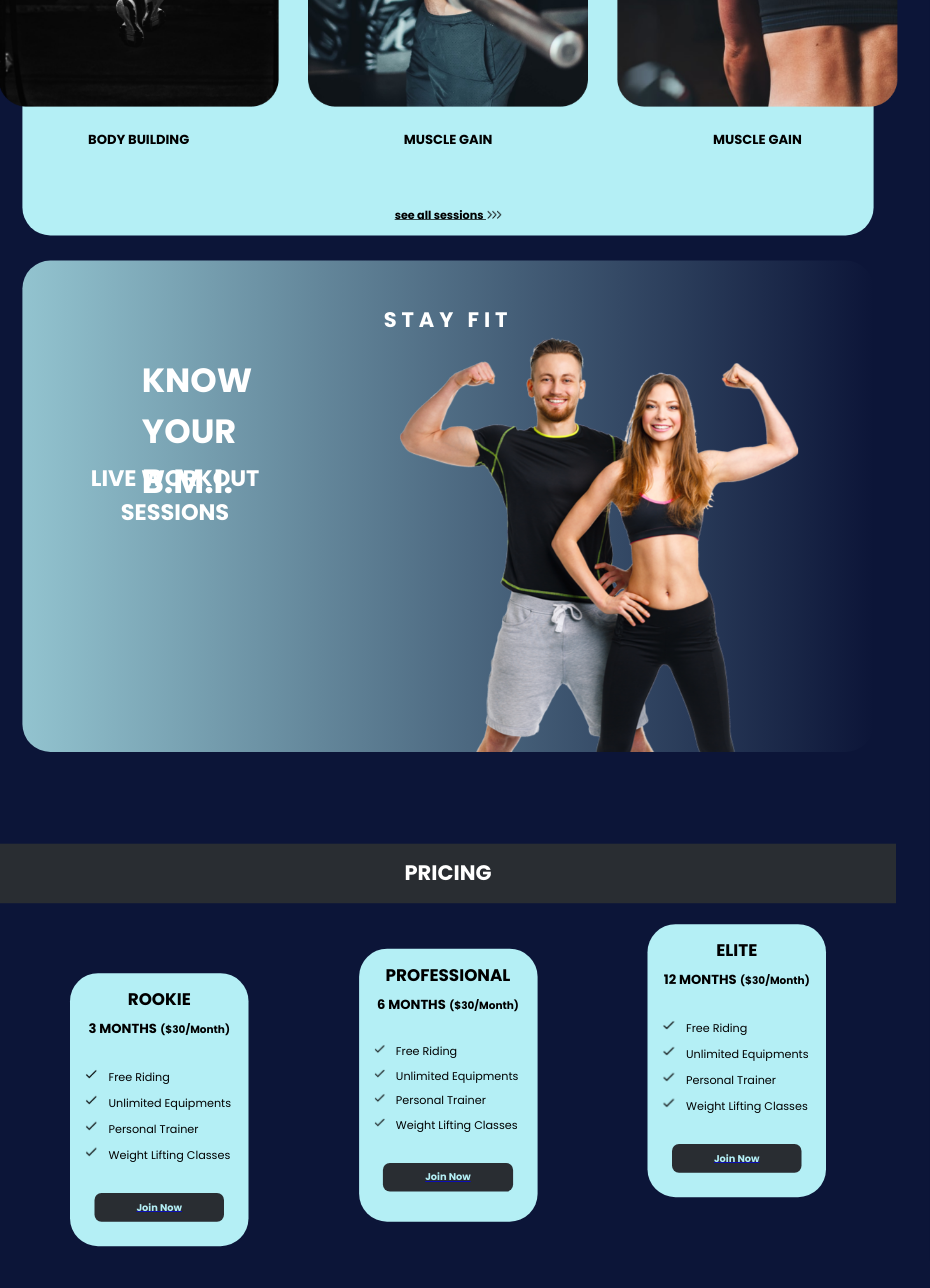
Repository: Rellzcodez/Group1-Team8
Page: index.html
These files come from the project's save history. The page is drawn as it stood at one moment and after the next save; the edit follows.
The browser window is 1280 px wide. The page is 1328 px wide, so the pictures cover 1328 px, including what lies to the right of the window. The pictures show the part of the page from y = 1466 to 3306 px (the page is 3306 px tall), at 70% of full size.

Above is the page before, as saved 2022-09-02 10:49:15.

### index.html
<!DOCTYPE html>
<html lang="en">
    <head>
        <meta charset="UTF-8" />
        <meta name="viewport" content="width=device-width, initial-scale=1.0" />
        <meta
            name="description"
            content="A description of the page and its contents"
        />
        <title>Fit-A-Goal | Landing Page</title>
        <link rel="icon" type="image/png" sizes="32x32" href="images/favicon-32x32.png">
        <link rel="stylesheet" href="css/style.css" />
    </head>

    <body>
        <header class="primary-header">
            <nav class="navbar">
                <img src="images/fit-a-goal-logo.svg" alt="Fit-A-Goal" id="logo">
                <div class="navigation">
                    <div class="primary-nav">
                        <ul class="nav-links">
                            <li class="home-nav-link"><a href="#">HOME</a></li>
                            <li class="other-nav-link"><a href="#">CHOOSE US</a></li>
                            <li class="other-nav-link"><a href="#">PROGRAM</a></li>
                            <li class="other-nav-link"><a href="#">PRICING</a></li>
                            <li class="other-nav-link"><a href="#">SUPPORT</a></li>
                        </ul>
                    </div>
                    <div class="register-login">
                        <ul class="nav-secondary-links">
                            <li><a href="pages/signup.html">SIGN UP</a></li>
                            <li><a href="pages/signin.html">SIGN IN</a></li>
                        </ul>
                    </div>
                </div>
            </nav>
        </header>
        <main class="landing-page-body">

        <!-- THE ILLUSTRATION SEGMENT -->
            <div class="container-illustration">
                <div class="heading-btn">
                    <div>
                    <h1 class="primary-heading">Once you learn to <span>quit</span>,
                    it becomes an <span>habit</span></h1>
                    <a href="#"><button class="get-started">GET STARTED</button></a>
                    </div>
                </div>
            </div>
            <div class="carousel-circle">
                <a href="#">
                    <div class="tracker active-track"></div></a>
                <a href="#">
                    <div class="tracker"></div>
                </a><a href="#">
                    <div class="tracker"></div>
                </a><a href="#">
                    <div class="tracker"></div>
                </a><a href="#">
                    <div class="tracker"></div>
                </a><a href="#">
                    <div class="tracker"></div>
                </a><a href="#">
                    <div class="tracker"></div>
                </a><a href="#">
                    <div class="tracker"></div>
                </a>
            </div>

        <!-- THE SESSION SEGMENT -->
        <div>
            <section class="session-container">
                <label class="session-lable" for="section"><h3>OUR SESSIONS</h3></label>
                <div class="session-wrapper">
                    <div class="body-building-wrapper">
                    <div class="body-building session-item" >
                        <img src="images/body-building-sess.png" alt="body building">
                    </div>
                    <label class="body-building-lable" for="body building"><h3>BODY BUILDING</h3></label>

                    </div>

                    <div class="muscle-gain-wrapper">
                    <div class="muscle-gain session-item">
                        <img src="images/muscle-gain-sess.png" alt="muscle-gain">
                    </div>
                    <label class="muscle-gain-label" for="muscle gain"><h3>MUSCLE GAIN</h3></label>
                    </div>

                    <div class="weight-loss-wrapper">
                    <div class="weight-loss session-item">
                        <img src="images/weight-loss-sess.png" alt="weight loss">
                    </div>
                    <label class="weight-loss-label" for="weight loss"><h3>MUSCLE GAIN</h3></label>
                    </div>

                </div>
             <label class="see-all-session-lable" for="section"><a href="#"><u>see all sessions <span class="arrow-vector"><img src="images/arrow-vector.png" alt="arrow" width="20px"></span></u></a></label>


            </section>
        </div>

        </main>

        <!-- THE STAY FIT SESSION STARTS HERE -->
<section class="stay-fit-container">
    <h3 class="stay-fit">STAY FIT</h3>
    <div class="stay-fit-wrapper">
        <div class="BMI">
            <h2 class="know-your-bmi">KNOW YOUR B.M.I.</h2>
        </div>
        <div class="stay-fit-illustrator"><img src="images/Stay-fit.png" alt=""></div>
    </div>
</section>
        <!-- THE STAY FIT SESSION ENDS HERE -->


        <!-- THE LIVE WORKOUT SESSION STARTS HERE -->

    <div class="live">
    <h1> LIVE WORKOUT SESSIONS </h1>
</div>

<!-- <div class="live-workout">
    <img src="images/live-session-workout.png" alt="live workout" >
</div> -->

        <!-- THE LIVE WORKOUT SESSION ENDS HERE -->


        <!-- THE PRICING SECTION STARTS HERE -->

        <div class="pricing">
            <div class="pricing-heading"><h1>PRICING</h1></div>
            <div class="pricing-cards">
                <div class="cards">
                    <h2 class="plan-name">ROOKIE</h2>
                    <h3 class="plan-duration">3 MONTHS<span>($30/Month)</span></h3>
                    <ul class="plan-benefits">
                        <li class="li-benefits"><img src="images/checked.svg" alt="" height="20px">Free Riding</li>
                        <li class="li-benefits"><img src="images/checked.svg" alt="" height="20px">Unlimited Equipments</li>
                        <li class="li-benefits"><img src="images/checked.svg" alt="" height="20px">Personal Trainer</li>
                        <li class="li-benefits"><img src="images/checked.svg" alt="" height="20px">Weight Lifting Classes</li>
                    </ul>
                    <a href="#"><button class="pricing-btn">Join Now</button></a>
                </div>
                <div class="cards professionals">
                    <h2 class="plan-name">PROFESSIONAL</h2>
                    <h3 class="plan-duration">6 MONTHS<span>($30/Month)</span></h3>
                    <ul class="plan-benefits">
                        <li class="li-benefits"><img src="images/checked.svg" alt="" height="18px">Free Riding</li>
                        <li class="li-benefits"><img src="images/checked.svg" alt="" height="18px">Unlimited Equipments</li>
                        <li class="li-benefits"><img src="images/checked.svg" alt="" height="18px">Personal Trainer</li>
                        <li class="li-benefits"><img src="images/checked.svg" alt="" height="18px">Weight Lifting Classes</li>
                    </ul>
                    <a href="#"><button class="pricing-btn">Join Now</button></a>
                </div>
                <div class="cards elite">
                    <h2 class="plan-name">ELITE</h2>
                    <h3 class="plan-duration">12 MONTHS<span>($30/Month)</span></h3>
                    <ul class="plan-benefits">
                        <li class="li-benefits"><img src="images/checked.svg" alt="" height="20px">Free Riding</li>
                        <li class="li-benefits"><img src="images/checked.svg" alt="" height="20px">Unlimited Equipments</li>
                        <li class="li-benefits"><img src="images/checked.svg" alt="" height="20px">Personal Trainer</li>
                        <li class="li-benefits"><img src="images/checked.svg" alt="" height="20px">Weight Lifting Classes</li>
                    </ul>
                    <a href="#"><button class="pricing-btn">Join Now</button></a>
                </div>
            </div>
        </div>

        <!-- THE PRICING SECTION ENDS HERE -->


        <footer class="footer">

        </footer>





        <script src="js/script.js"></script>
    </body>
</html>

### css/style.css
@import url("https://fonts.googleapis.com/css2?family=Poppins:wght@400;600;700;800&display=swap");

:root {
  --white: rgb(255 255 255);
  --denim-blue: rgb(12, 21, 56);
  --baby-blue: rgb(180, 239, 245);
  --black: rgb(0, 0, 0);
  --light-grey: rgb(206, 208, 215);
  --dark-grey: rgba(41, 45, 50, 1);

}

*,
::before,
::after {
  padding: 0;
  margin: 0;
  box-sizing: border-box;
}

button {
  font-family: "Poppins", sans-serif;
}

html {
  font-family: "Poppins", sans-serif;
  background: var(--denim-blue);
}

.primary-header {
  padding: 0 32px 0 36px;
}
#logo {
  height: 159px;
}
.navbar {
  display: flex;
}
.navbar ul {
  list-style: none;
}
.navbar a {
  text-decoration: none;
  color: var(--black);
  font-weight: 700;
}
.navigation {
  display: flex;
  margin: 60px 0 40px 25px;
}
.primary-nav {
  width: 808px;
  height: 55px;
  background: var(--white);
  border-radius: 5px;
  margin-right: 45px;
}
.nav-links {
  display: flex;
  padding: 0;
}
.other-nav-link {
  margin: 15px 60px 10px 0;
}
.home-nav-link {
  background: var(--baby-blue);
  width: 130px;
  height: 45px;
  margin: 5px;
  margin-right: 24px;
  border-radius: 5px;
  border: 1px solid var(--light-grey);
  text-align: center;
  padding: 10px 0;
}
.register-login {
  width: 255px;
  height: 55px;
  background: var(--white);
  border-radius: 5px;
  padding: 0 31px;
}
.nav-secondary-links {
  padding: 15px 0;
  display: flex;
  justify-content: space-between;
}

/* Illustration Hero */
.container-illustration {
  display: flex;
  background-image: linear-gradient(
    to right,
    rgb(180, 239, 245, 0.8),
    rgb(12, 21, 56)
  );
  height: 650px;
  border-radius: 40px;
  margin: 0 32px 25px;
}
.heading-btn {
  background: url(../images/illustration-hero.png) right bottom / 613px 613px
    no-repeat;
  width: 100%;
  padding-left: 140px;
}
.primary-heading {
  font-size: 75px;
  width: 48%;
  color: var(--white);
  line-height: 100px;
  margin: 96px 0 49px;
}
.primary-heading span {
  text-decoration: underline;
  color: var(--baby-blue);
}
.heading-btn a button {
  background: var(--baby-blue);
  border-radius: 10px;
  padding: 10px 132px;
  border: none;
  cursor: pointer;
}
.get-started {
  font-size: 16px;
  font-weight: 800;
}
.carousel-circle {
  display: flex;
  align-items: center;
  justify-content: center;
  margin-bottom: 30px;
}
.tracker {
  width: 10px;
  height: 10px;
  border-radius: 50%;
  background-color: var(--light-grey);
  cursor: pointer;
  margin: 0 5px;
}
.active-track {
  width: 20px;
  height: 20px;
  background: var(--baby-blue);
}
/* Sesseion */
.session-container{
  display: flex;
  flex-direction: column;
  align-items: center;
  height: 57em;
  background-color: var(--baby-blue);
  margin: 36px 32px;
  border-radius: 40px;
  font-family: Poppins;
}
.session-lable {
  position: relative;
  padding-top: 50px;
  font-weight: 700px;
}
.session-wrapper {
  display: flex;
  gap: 42px;
  margin: 49px 46px;
}
.session-item {
  width: 25em;
  height: 37.5em;
  border-radius: 40px;

}
/* body-building and weight loss*/
.body-building-wrapper,.weight-loss-wrapper {
  display: flex;
  flex-direction: column;
  align-items: center;

}
.body-building-lable,.weight-loss-label {
  margin-top: 32px;
  font-weight: 700;
}
/* See all session */
.see-all-session-lable a:active{
  font-weight: 700;
  color: var(--black);
}
.see-all-session-lable a{
  text-decoration: none;
  color: var(--black);
}

.see-all-session-lable{
  font-weight: 700;
}

.arrow-vector{
  margin-left: 2px;
}
/* muscle-gain */
.muscle-gain-wrapper{
  display: flex;
  flex-direction: column;
  align-items: center;

}

.muscle-gain-label{
  margin: 32px;
}

/* Styling of Session Ends Here */
.live-workout{margin: 10px 50px 10px 10px;
  position: relative; left: 50px;
display: flex;
  flex-direction: column;
width: 90%;}
.live{color: var(--white);
  position: relative; bottom: 450px;
  width: 400px;
  padding-left: 100px;
  font-weight: 600;
  text-align: center;
}


/* Stay Fit */
.stay-fit-container{
  display: flex;
  flex-direction: column;
  align-items: center;
  background-image: linear-gradient(
    to right,
    rgb(180, 239, 245, 0.8),
    rgb(12, 21, 56)
  );
  height: 702px;
  border-radius: 40px;
  margin: 33px 32px 34.75px 32px;
  overflow: hidden;
}
.stay-fit{
  font-family: "Poppins", sans-serif;
  color: var(--white);
  padding-top: 63px;
  font-size: 30px;
  font-weight: 700;
  letter-spacing: 7px;
}

.stay-fit-wrapper{
  display: flex;
  justify-content: space-between;
  gap: 130px;
  width: 95%;
}

.BMI{
  padding-top: 28px;
  padding-left: 140px;
  color: var(--white);
  font-family: "Poppins", sans-serif;
  font-size: 32px;
  font-weight: 700;
}
.stay-fit-illustrator img{
  height: 600px;
  border-radius: 40px;
  padding-right: 76.63px;
}

/* live session */
.live-workout {
  position: absolute;
width: 1376px;
height: 702px;
left: 32px;
top: 2669.57px;
/* background: url(../images/live-session-workout.png); */
border-radius: 40px;
}




/* Pricing Session */

.pricing-heading{
    background: var(--dark-grey);
    display: flex;
    text-align: center;
    align-items: center;
}
.pricing-heading h1{
    margin: 0 auto;
    padding: 20px 0;
    font-weight: 700;
    font-size: 30px;
    color: var(--white);
}
.pricing-cards{
    display: flex;
    justify-content: space-between;
    margin: 100px 100px 60px;
}
.cards{
    padding: 20px 20px 30px;
    width: 255px;
    height: 390px;
    border-radius: 40px;
    background: var(--baby-blue);
}
.professionals{
    margin-top: -35px;
}
.elite{
    margin-top: -70px;
}
.plan-name{
    text-align: center;
}
.plan-duration{
    margin: 10px auto 40px;
    text-align: center;
}
.plan-duration span{
    font-size: 15px;
    margin-left: 5px;
}
.plan-benefits{
    list-style: none;
    margin-bottom: 22px;
}
.li-benefits{
    margin: 10px auto;
    font-size: 16px;
}
.li-benefits img{
    margin-right: 15px;
}
.cards a{
    display: flex;
    justify-content: center;
}
.pricing-btn{
    font-weight: 700;
    font-size: 14px;
    color: var(--baby-blue);
    background: var(--dark-grey);
    border: none;
    padding: 10px 60px;
    border-radius: 10px;
    cursor: pointer;
    margin-top: 20px;
}

Loaded but not shown: js/script.js (no stored copy; drawn as an empty file)

After the next save:
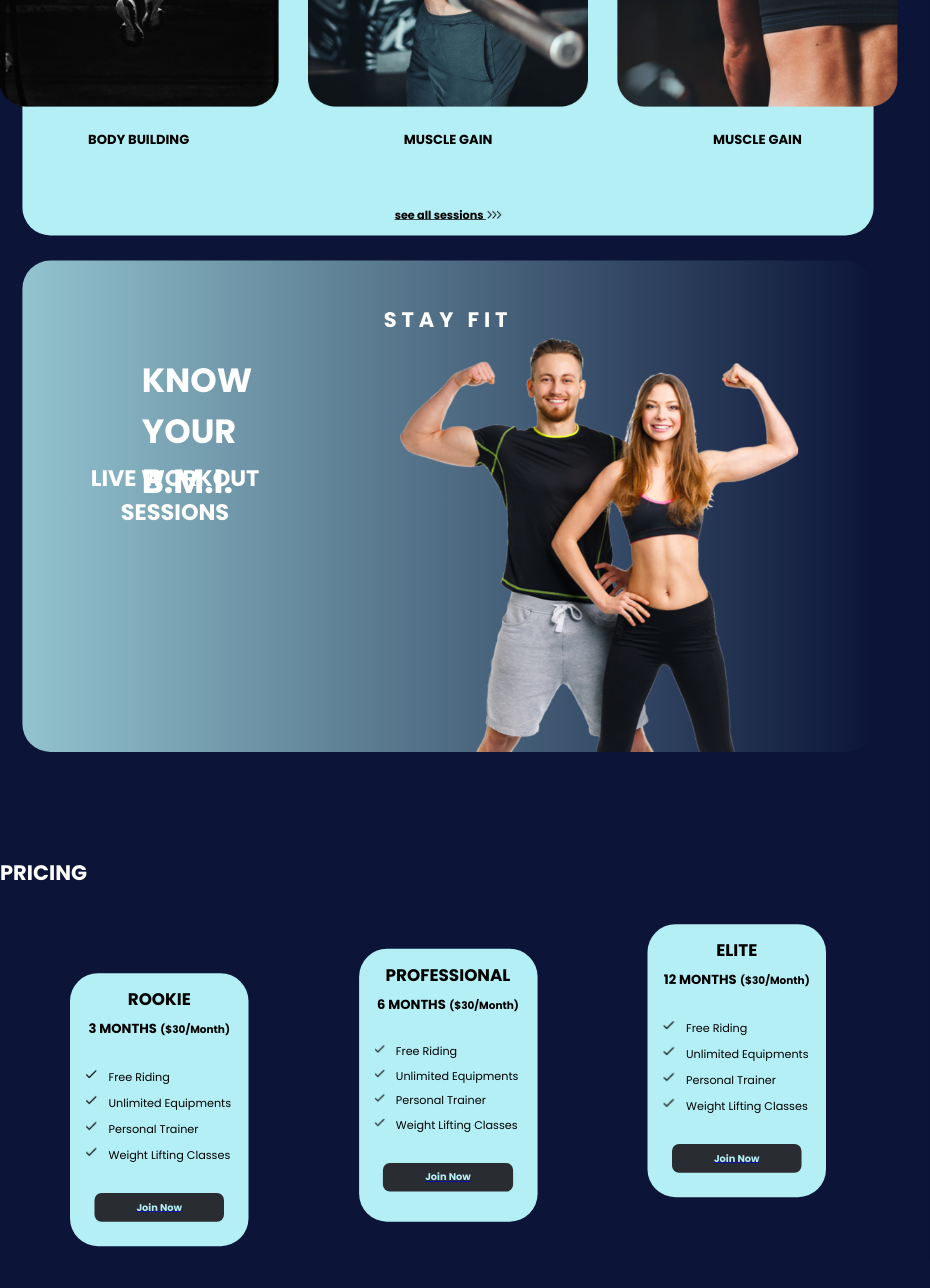
Saved 31 s later.
--- a/css/style.css
+++ b/css/style.css
@@ -273,16 +273,7 @@
 }
 
 /* live session */
-.live-workout {
-  position: absolute;
-width: 1376px;
-height: 702px;
-left: 32px;
-top: 2669.57px;
-/* background: url(../images/live-session-workout.png); */
-border-radius: 40px;
-}
-
+.live-workout
 
 
 

After the 3 saves that followed:
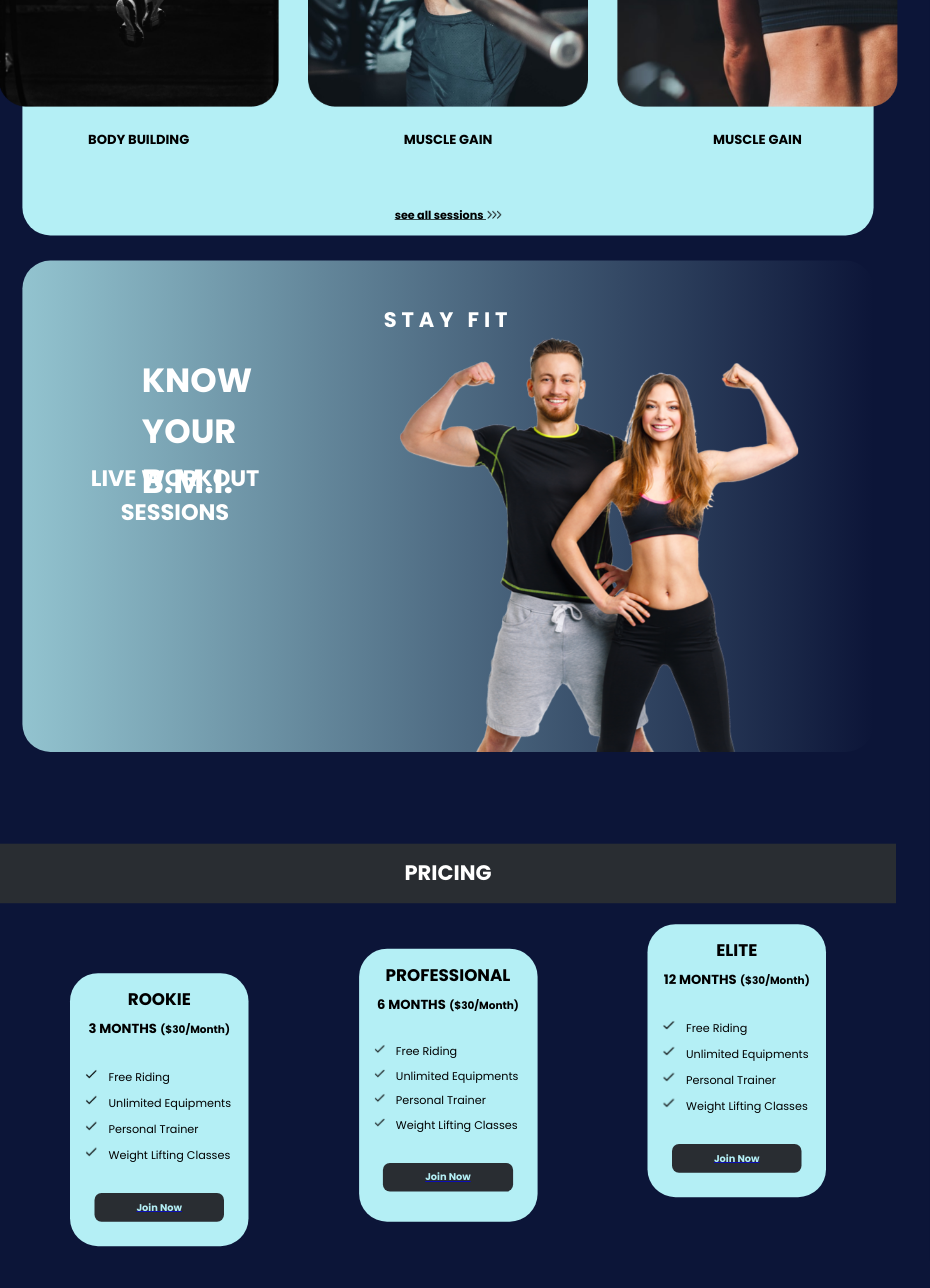
The 3 saves are shown as one change because they came seconds apart.
The last was saved 7 s later.
--- a/css/style.css
+++ b/css/style.css
@@ -273,7 +273,9 @@
 }
 
 /* live session */
-.live-workout
+.live{
+
+}
 
 
 
